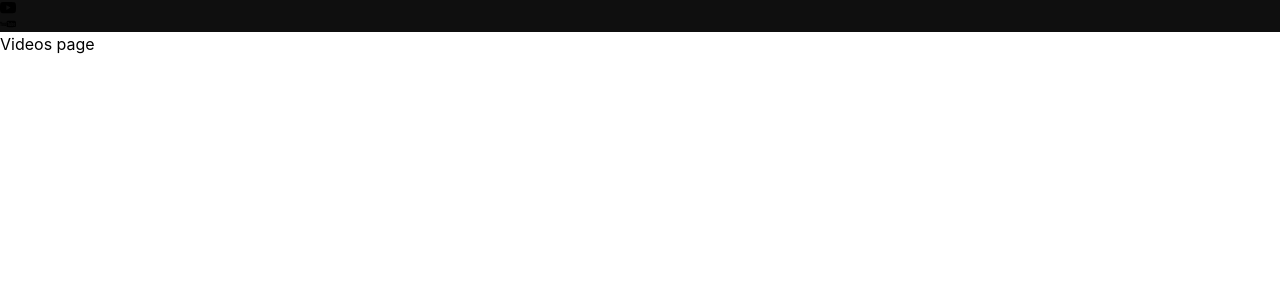
Repository: dnjfht/self-youtube
Page: /
These files come from the project's save history. The page is drawn as it stood at one moment and after a run of saves; the edit follows.
The browser window is 1280 px wide. The pictures show the whole page.
The project was rebuilt for these pictures with package versions that can differ from the ones it lists, and the page was loaded fresh each time. Also part of the build but not shown: src/page/Detail.jsx, src/page/NotFoundPage.jsx.

Above is the page before, as saved 2023-06-23 14:53:37.

After the next 2 saves:
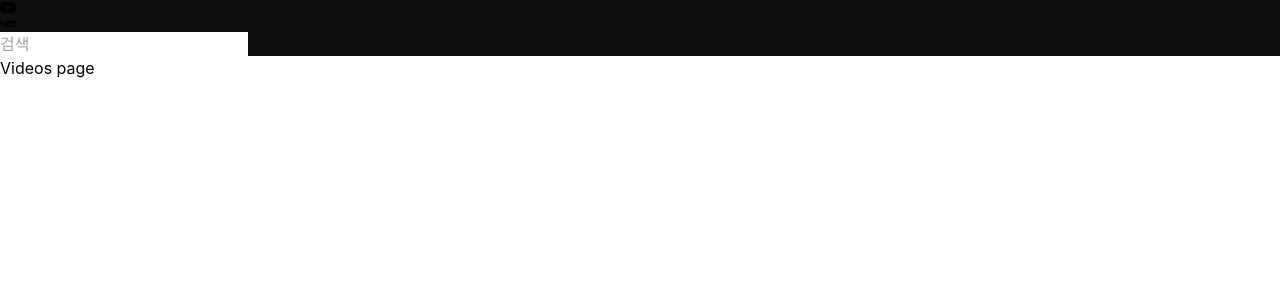
The 2 saves are shown as one change because they came seconds apart.
The last was saved 59 s later.
--- a/src/components/Navbar.jsx
+++ b/src/components/Navbar.jsx
@@ -13,6 +13,10 @@
         <BsYoutube />
         <ImYoutube2 />
       </div>
+
+      <div>
+        <input type="text" placeholder="검색" />
+      </div>
     </div>
   );
 }
